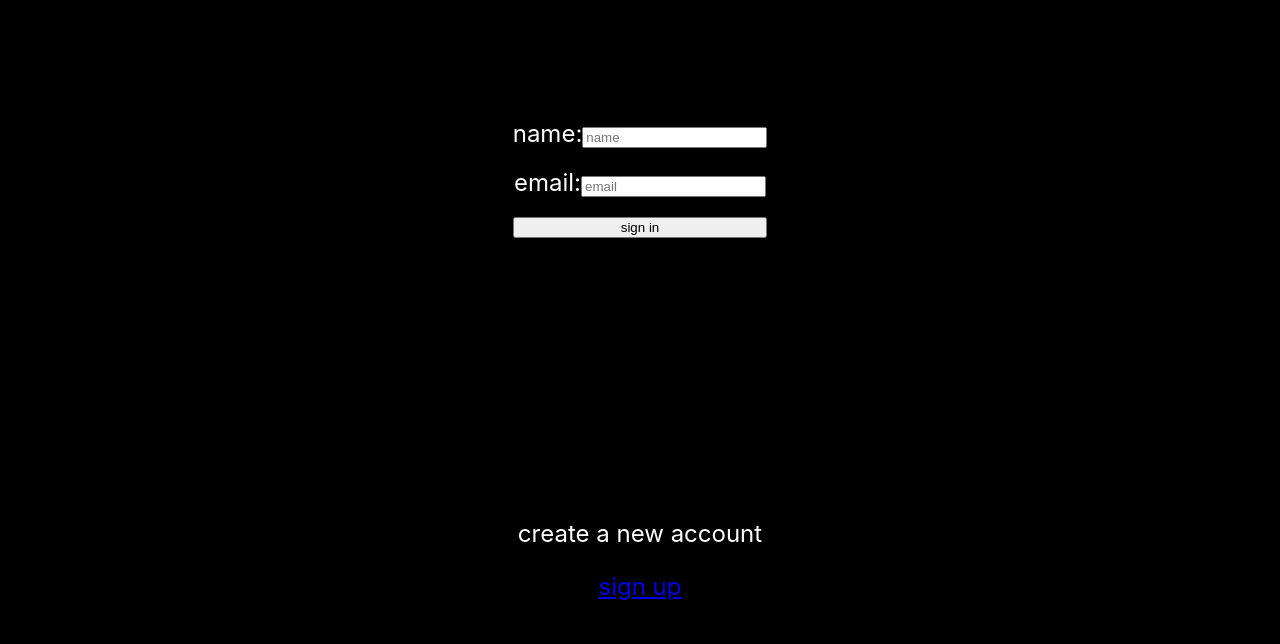
Repository: romAtam/5778
Page: /signin
These files come from the project's save history. The page is drawn as it stood at one moment and after the next save; the edit follows.
The browser window is 1280 px wide. The pictures show the whole page.
The project was rebuilt for these pictures with package versions that can differ from the ones it lists, and the page was loaded fresh each time. Also part of the build but not shown: src/Pages/Home.js, src/Pages/Game.js, src/Pages/Web.js, src/Pages/Team.js, src/Pages/User.js, src/Pages/Register.js.

Above is the page before, as saved 2021-12-11 22:16:41.

### src/index.js
import React from 'react';
import ReactDOM from 'react-dom';
import './index.css';
import App from './App';

import {BrowserRouter as Router} from "react-router-dom"
ReactDOM.render(
  <React.StrictMode>
    <Router>
       <App />
    </Router>

  </React.StrictMode>,
  document.getElementById('root')
);

### src/App.js

import './App.css';
import Nav from './Nav'
import {Routes,Route,useParams} from "react-router-dom"
import Home from "./Pages/Home"
import Game from "./Pages/Game"
import Web from "./Pages/Web"
import Team from "./Pages/Team"
import Signin from "./Pages/Signin"
import User from "./Pages/User"
import Register from "./Pages/Register"
function App() {
  return (
    <div className="App">
<Nav/>
<Routes>
  <Route path="/" element={<Home/>}/>
  <Route path="/game" element={<Game/>}/>
  <Route path="/web" element={<Web/>}/>
  <Route path="/team" element={<Team/>}>
      <Route path=":id" element={<User/>}/>
  </Route>

  <Route path="/signin" element={<Signin/>}/>
  <Route path="/register" element={<Register/>}/>
</Routes>



    </div>
  );
}




export default App;

### src/Nav.js
import React from 'react'
import{Link} from "react-router-dom"
import styled from "styled-components"

const NavContainer=styled.div`
display: grid;
grid-gap:20px;
justify-content:center;
align-items:center;
height:80px;
font-size:1.5rem;
padding:1rem 2rem;
border-bottom: 1px solid #000;
grid-template-columns: repeat(5,minmax(100px,200px));
@media (max-width: 768px){
    grid-template-columns: 1fr;
    height:100vh;
    max-height:800px ;
}

`
const Nav = () => {



    return (
        <NavContainer>
               <Link to="/">home</Link>
               <Link to="/web">web dev</Link>
               <Link to="/game">game dev</Link>
               <Link to="/team">team</Link>
               <Link to="/signin">sign in</Link>
        </NavContainer>
    )
}

export default Nav

### src/Pages/Signin.js
import React from 'react'
import {Link} from "react-router-dom"
import styled from "styled-components"
const FormWrapper=styled.div`
position:fixed;
top:0;
bottom:0;
right:0;
left:0;
width:100vw;
height:100vh;
background-color:black;
z-index:1;
display:grid;
grid-gap:20px;
justify-content:center;
align-items:center;
color:white;

`
const Form=styled.form`
font-size:1.5rem;
display:grid ;
grid-gap:20px;
justify-content:center;
align-items:center;

`
const Registdiv=styled.div`
display:grid;
font-size:1.5rem;
justify-content:center;
align-items:center;
`
const Input=styled.input`
padding:10px 15px;

`


const Signin = () => {
    return (
        <FormWrapper>
            <Form action="">
                <div>
                      <label htmlFor="name">name:</label>
                 <input type="text" placeholder="name"/>
                </div>
              <div>
                   <label htmlFor="email">email:</label>
 <input type="email" placeholder="email"/>
              </div>

 <button type="submit">sign in</button>

            </Form>
            <Registdiv>
                <p>create a new account</p>
 <Link to="/register">sign up</Link>
            </Registdiv>

        </FormWrapper>
    )
}

export default Signin

Loaded but not shown: public/index.html (common file); src/index.css (common file); src/App.css (common file)

After the next save:
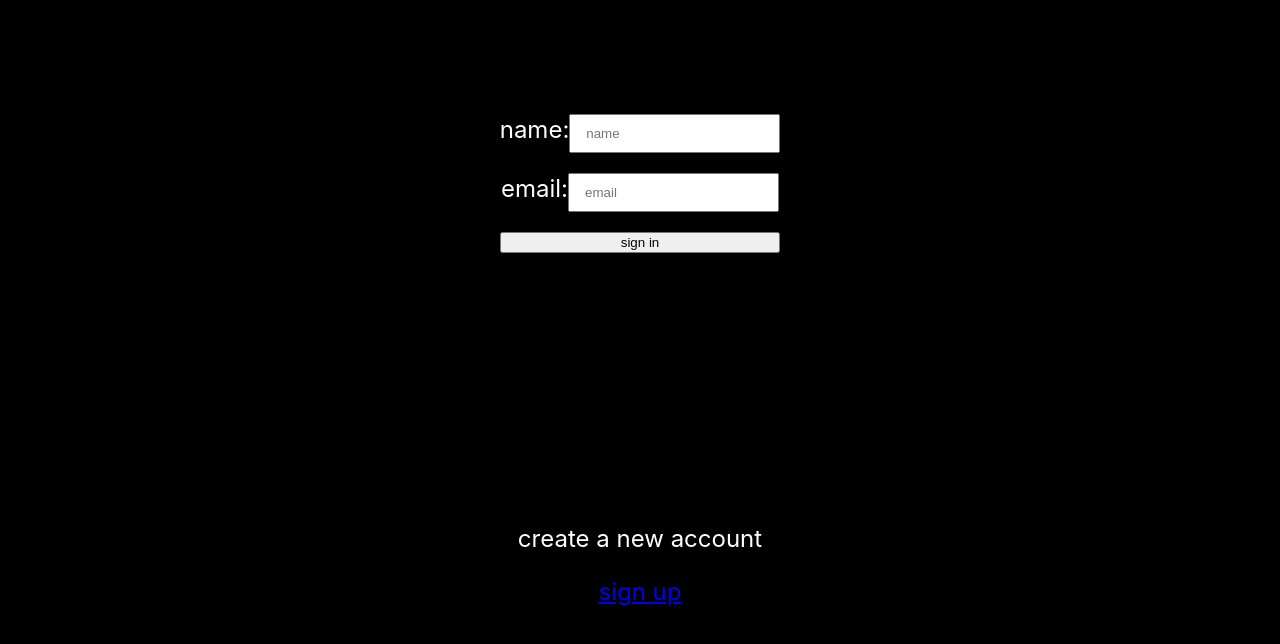
Saved 25 s later.
--- a/src/Pages/Signin.js
+++ b/src/Pages/Signin.js
@@ -44,11 +44,11 @@ const Signin = () => {
             <Form action="">
                 <div>
                       <label htmlFor="name">name:</label>
-                 <input type="text" placeholder="name"/>
+                 <Input type="text" placeholder="name"/>
                 </div>
               <div>
                    <label htmlFor="email">email:</label>
- <input type="email" placeholder="email"/>
+ <Input type="email" placeholder="email"/>
               </div>
 
  <button type="submit">sign in</button>
